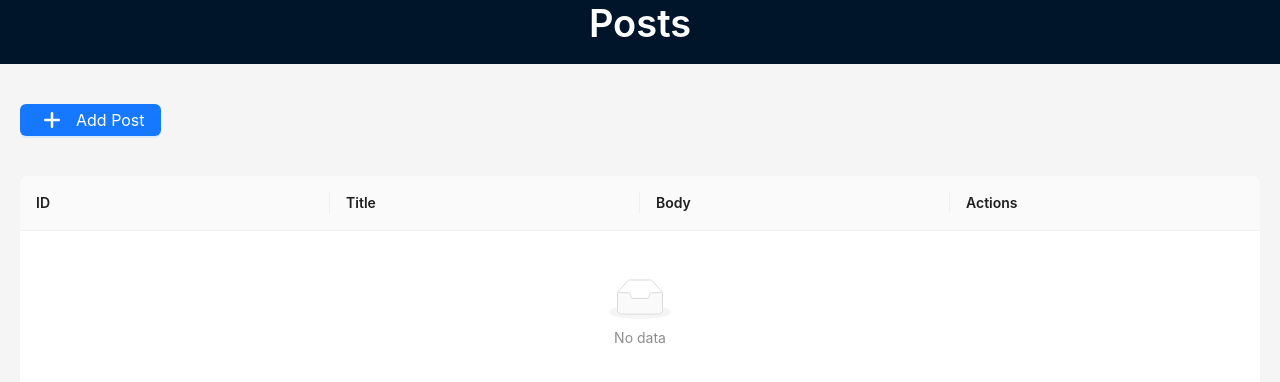
Repository: yasserrrz/Denamo-posts
Page: /
The author's editor kept a copy of each file at every save. The page is drawn from the files as they stood at one save, then again after the next save.
The browser window is 1280 px wide. The pictures show the whole page.
The page's requests for data from a server got no answer. The project was rebuilt for these pictures with package versions that can differ from the ones it lists, and the page was loaded fresh each time. No one was signed in, and anything a server would have sent is missing. Also part of the build but not shown: src/components/PostForm.tsx.

Above is the page before, as saved 2024-11-28 15:42:48.

After the next save:
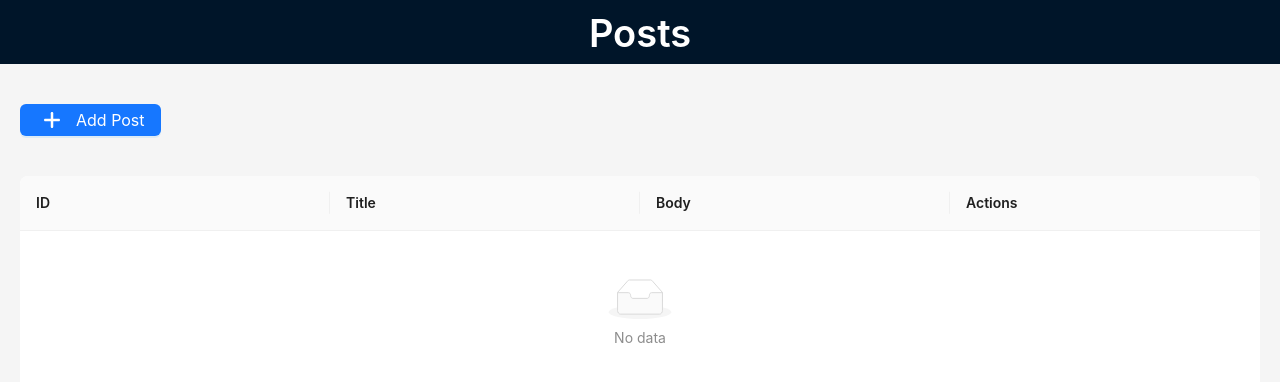
Saved 13 s later.
--- a/src/App.tsx
+++ b/src/App.tsx
@@ -14,7 +14,7 @@ const App: React.FC = () => {
   return (<>
     <Layout style={{ minHeight: '100vh' }}>
       <Header style={{ color: 'white', textAlign: 'center'   }}>
-        <Title level={1} style={{ color: 'white' , textAlign: 'center' , marginTop: '0px' }}>
+        <Title level={1} style={{ color: 'white' , textAlign: 'center' , marginTop: '10px' }}>
           Posts
         </Title>
       </Header>
